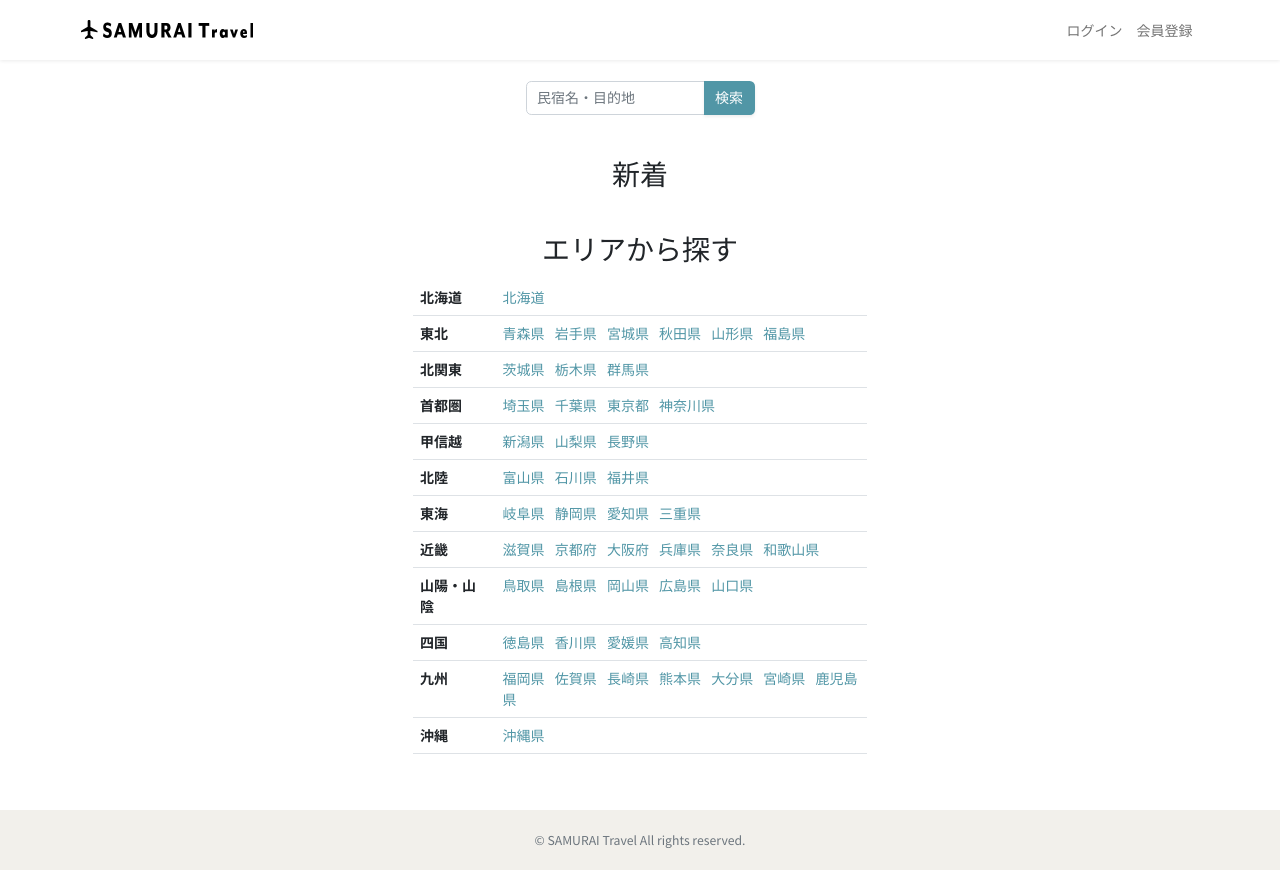
Repository: mitsu-3232/tabelog
Page: http://localhost/index
An editor plug-in stored every save of this project. The page is shown before and after the next save, followed by the edit.
The browser window is 1280 px wide. The pictures show the whole page.
The page is this project's Thymeleaf template; nobody is signed in. The template is opened directly, without the code that normally fills it, so the values that code supplies are empty.

Above is the page before, as saved 2024-03-16 16:37:07.

### tabelog/src/main/resources/templates/index.html
 <!DOCTYPE html>
 <html xmlns:th="https://www.thymeleaf.org" xmlns:sec="http://www.thymeleaf.org/extras/spring-security">

     <head>
         <div th:replace="~{fragment :: meta}"></div>

         <div th:replace="~{fragment :: styles}"></div>

         <title>SAMURAI Travel</title>
     </head>
     <body>
          <div class="tabelog-wrapper">
             <!-- ヘッダー -->
             <div th:replace="~{fragment :: header}"></div>

             <main>
                 <div class="container pt-4 pb-5 tabelog-container">
                     <div th:if="${param.loggedIn}" class="alert alert-info">
                         ログインしました。
                     </div>

                     <div th:if="${param.loggedOut}" class="alert alert-info">
                         ログアウトしました。
                     </div>

                      <div th:if="${successMessage}" class="alert alert-info">
                         <span th:text="${successMessage}"></span>
                      </div>

                    <div class="d-flex justify-content-center">
                         <form method="get" th:action="@{/houses}" class="mb-5 tabelog-search-form">
                             <div class="input-group">
                                 <input type="text" class="form-control" name="keyword" th:value="${keyword}" placeholder="民宿名・目的地">
                                 <button type="submit" class="btn text-white shadow-sm tabelog-btn">検索</button>
                             </div>
                         </form>
                     </div>

                     <h2 class="text-center mb-3">新着</h2>
                     <div class="row row-cols-lg-5 row-cols-2 g-3 mb-5">
                         <div class="col" th:each="newHouse : ${newHouses}">
                             <a th:href="@{/houses/__${newHouse.getId()}__}" class="link-dark tabelog-card-link">
                                 <div class="card h-100">
                                     <img th:if="${newHouse.getImageName()}" th:src="@{/storage/__${newHouse.getImageName()}__}" class="card-img-top tabelog-vertical-card-image" alt="店舗画像">
                                     <img th:unless="${newHouse.getImageName()}" th:src="@{/images/noImage.png}" class="card-img-top tabelog-vertical-card-image" alt="NO IMAGE">
                                     <div class="card-body">
                                         <h3 class="card-title" th:text="${newHouse.getName()}"></h3>
                                         <p class="card-text mb-1">
                                             <small class="text-muted" th:text="${newHouse.getAddress()}"></small>
                                         </p>
                                         <p class="card-text">
                                             <span th:text="${#numbers.formatInteger(newHouse.getPrice(), 1, 'COMMA') + '円 / 泊'}"></span>
                                         </p>
                                     </div>
                                 </div>
                             </a>
                         </div>
                     </div>

                     <div class="row justify-content-center">
                         <div class="col-xl-5 col-lg-6 col-md-8">

                             <h2 class="text-center mb-3">エリアから探す</h2>

                             <table class="table">
                                 <tbody>
                                     <tr>
                                         <th>北海道</th>
                                         <td>
                                             <a th:href="@{/houses?area=北海道}">北海道</a>
                                         </td>
                                     </tr>
                                     <tr>
                                         <th>東北</th>
                                         <td>
                                             <a th:href="@{/houses?area=青森県}" class="me-2">青森県</a>
                                             <a th:href="@{/houses?area=岩手県}" class="me-2">岩手県</a>
                                             <a th:href="@{/houses?area=宮城県}" class="me-2">宮城県</a>
                                             <a th:href="@{/houses?area=秋田県}" class="me-2">秋田県</a>
                                             <a th:href="@{/houses?area=山形県}" class="me-2">山形県</a>
                                             <a th:href="@{/houses?area=福島県}">福島県</a>
                                         </td>
                                     </tr>
                                     <tr>
                                         <th>北関東</th>
                                         <td>
                                             <a th:href="@{/houses?area=茨城県}" class="me-2">茨城県</a>
                                             <a th:href="@{/houses?area=栃木県}" class="me-2">栃木県</a>
                                             <a th:href="@{/houses?area=群馬県}">群馬県</a>
                                         </td>
                                     </tr>
                                     <tr>
                                         <th>首都圏</th>
                                         <td>
                                             <a th:href="@{/houses?area=埼玉県}" class="me-2">埼玉県</a>
                                             <a th:href="@{/houses?area=千葉県}" class="me-2">千葉県</a>
                                             <a th:href="@{/houses?area=東京都}" class="me-2">東京都</a>
                                             <a th:href="@{/houses?area=神奈川県}">神奈川県</a>
                                         </td>
                                     </tr>
                                     <tr>
                                         <th>甲信越</th>
                                         <td>
                                             <a th:href="@{/houses?area=新潟県}" class="me-2">新潟県</a>
                                             <a th:href="@{/houses?area=山梨県}" class="me-2">山梨県</a>
                                             <a th:href="@{/houses?area=長野県}">長野県</a>
                                         </td>
                                     </tr>
                                     <tr>
                                         <th>北陸</th>
                                         <td>
                                             <a th:href="@{/houses?area=富山県}" class="me-2">富山県</a>
                                             <a th:href="@{/houses?area=石川県}" class="me-2">石川県</a>
                                             <a th:href="@{/houses?area=福井県}">福井県</a>
                                         </td>
                                     </tr>
                                     <tr>
                                         <th>東海</th>
                                         <td>
                                             <a th:href="@{/houses?area=岐阜県}" class="me-2">岐阜県</a>
                                             <a th:href="@{/houses?area=静岡県}" class="me-2">静岡県</a>
                                             <a th:href="@{/houses?area=愛知県}" class="me-2">愛知県</a>
                                             <a th:href="@{/houses?area=三重県}">三重県</a>
                                         </td>
                                     </tr>
                                     <tr>
                                         <th>近畿</th>
                                         <td>
                                             <a th:href="@{/houses?area=滋賀県}" class="me-2">滋賀県</a>
                                             <a th:href="@{/houses?area=京都府}" class="me-2">京都府</a>
                                             <a th:href="@{/houses?area=大阪府}" class="me-2">大阪府</a>
                                             <a th:href="@{/houses?area=兵庫県}" class="me-2">兵庫県</a>
                                             <a th:href="@{/houses?area=奈良県}" class="me-2">奈良県</a>
                                             <a th:href="@{/houses?area=和歌山県}">和歌山県</a>
                                         </td>
                                     </tr>
                                     <tr>
                                         <th>山陽・山陰</th>
                                         <td>
                                             <a th:href="@{/houses?area=鳥取県}" class="me-2">鳥取県</a>
                                             <a th:href="@{/houses?area=島根県}" class="me-2">島根県</a>
                                             <a th:href="@{/houses?area=岡山県}" class="me-2">岡山県</a>
                                             <a th:href="@{/houses?area=広島県}" class="me-2">広島県</a>
                                             <a th:href="@{/houses?area=山口県}">山口県</a>
                                         </td>
                                     </tr>
                                     <tr>
                                         <th>四国</th>
                                         <td>
                                             <a th:href="@{/houses?area=徳島県}" class="me-2">徳島県</a>
                                             <a th:href="@{/houses?area=香川県}" class="me-2">香川県</a>
                                             <a th:href="@{/houses?area=愛媛県}" class="me-2">愛媛県</a>
                                             <a th:href="@{/houses?area=高知県}">高知県</a>
                                         </td>
                                     </tr>
                                     <tr>
                                         <th>九州</th>
                                         <td>
                                             <a th:href="@{/houses?area=福岡県}" class="me-2">福岡県</a>
                                             <a th:href="@{/houses?area=佐賀県}" class="me-2">佐賀県</a>
                                             <a th:href="@{/houses?area=長崎県}" class="me-2">長崎県</a>
                                             <a th:href="@{/houses?area=熊本県}" class="me-2">熊本県</a>
                                             <a th:href="@{/houses?area=大分県}" class="me-2">大分県</a>
                                             <a th:href="@{/houses?area=宮崎県}" class="me-2">宮崎県</a>
                                             <a th:href="@{/houses?area=鹿児島県}">鹿児島県</a>
                                         </td>
                                     </tr>
                                     <tr>
                                         <th>沖縄</th>
                                         <td>
                                             <a th:href="@{/houses?area=沖縄県}">沖縄県</a>
                                         </td>
                                     </tr>
                                 </tbody>
                             </table>
                         </div>
                     </div>
                 </div>
             </main>

             <!-- フッター -->
             <div th:replace="~{fragment :: footer}"></div>
         </div>

         <div th:replace="~{fragment :: scripts}"></div>
     </body>
 </html>

### tabelog/src/main/resources/templates/fragment.html
 <!DOCTYPE html>
  <html xmlns:th="https://www.thymeleaf.org" xmlns:sec="http://www.thymeleaf.org/extras/spring-security">

     <head>
         <!-- meta要素の部品化 -->
         <div th:fragment="meta" th:remove="tag">
             <meta charset="UTF-8">
             <meta name="viewport" content="width=device-width, initial-scale=1">
         </div>

         <!-- link要素の部品化 -->
         <div th:fragment="styles" th:remove="tag">
             <!-- Bootstrap -->
             <link href="https://cdn.jsdelivr.net/npm/bootstrap@5.2.3/dist/css/bootstrap.min.css" rel="stylesheet" integrity="sha384-rbsA2VBKQhggwzxH7pPCaAqO46MgnOM80zW1RWuH61DGLwZJEdK2Kadq2F9CUG65" crossorigin="anonymous">

             <!-- Google Fonts -->
             <link rel="preconnect" href="https://fonts.googleapis.com">
             <link rel="preconnect" href="https://fonts.gstatic.com" crossorigin>
             <link href="https://fonts.googleapis.com/css2?family=Noto+Sans+JP:wght@400;500&display=swap" rel="stylesheet">

             <link th:href="@{/css/style.css}" rel="stylesheet" >
         </div>

         <title>部品化用のHTMLファイル</title>
     </head>
     <body>
         <!-- ヘッダーの部品化 -->
         <div th:fragment="header" th:remove="tag">
             <nav class="navbar navbar-expand-md navbar-light bg-white shadow-sm tabelog-navbar">
                 <div class="container tabelog-container">
                     <a class="navbar-brand" th:href="@{/}">
                         <img class="tabelog-logo me-1" th:src="@{/images/logo.png}" alt="SAMURAI Travel">
                     </a>

                      <button class="navbar-toggler" type="button" data-bs-toggle="collapse" data-bs-target="#navbarSupportedContent" aria-controls="navbarSupportedContent" aria-expanded="false" aria-label="Toggle navigation">
                         <span class="navbar-toggler-icon"></span>
                      </button>

                      <div class="collapse navbar-collapse" id="navbarSupportedContent">
                         <ul class="navbar-nav ms-auto">
                             <!-- 未ログインであれば表示する -->
                             <li class="nav-item" sec:authorize="isAnonymous()">
                                 <a class="nav-link" th:href="@{/login}">ログイン</a>
                             </li>
                              <li class="nav-item" sec:authorize="isAnonymous()">
                                 <a class="nav-link" th:href="@{/signup}">会員登録</a>
                              </li>

                             <!-- ログイン済みであれば表示する -->
                             <li class="nav-item dropdown" sec:authorize="hasRole('ROLE_GENERAL')">
                                 <a id="navbarDropdownGeneral" class="nav-link dropdown-toggle" href="#" role="button" data-bs-toggle="dropdown" aria-haspopup="true" aria-expanded="false" v-pre>
                                     <span sec:authentication="principal.user.name"></span>
                                 </a>
                                 <div class="dropdown-menu dropdown-menu-end" aria-labelledby="navbarDropdownGeneral">
                                     <a class="dropdown-item tabelog-dropdown-item" th:href="@{/user}">会員情報</a>

                                     <div class="dropdown-divider"></div>


                                     <a class="dropdown-item tabelog-dropdown-item" th:href="@{/logout}" onclick="event.preventDefault(); document.getElementById('logout-form').submit();">
                                         ログアウト
                                     </a>
                                     <form class="d-none" id="logout-form" th:action="@{/logout}" method="post"></form>
                                 </div>
                             </li>

                             <!-- 管理者であれば表示する -->
                             <li class="nav-item dropdown" sec:authorize="hasRole('ROLE_ADMIN')">
                                 <a id="navbarDropdownAdmin" class="nav-link dropdown-toggle" href="#" role="button" data-bs-toggle="dropdown" aria-haspopup="true" aria-expanded="false" v-pre>
                                     管理者メニュー
                                 </a>

                                 <div class="dropdown-menu dropdown-menu-end" aria-labelledby="navbarDropdownAdmin">
									 <a class="dropdown-item tabelog-dropdown-item" th:href="@{/admin/users}">会員一覧</a>
                                     <a class="dropdown-item tabelog-dropdown-item" th:href="@{/admin/houses}">民宿一覧</a>

                                     <div class="dropdown-divider"></div>

                                     <a class="dropdown-item tabelog-dropdown-item" th:href="@{/logout}" onclick="event.preventDefault(); document.getElementById('logout-form').submit();">
                                         ログアウト
                                     </a>
                                     <form class="d-none" id="logout-form" th:action="@{/logout}" method="post"></form>
                               </div>
                           </li>
                      </ul>
                 </div>
             </nav>
         </div>


         <!-- フッターの部品化 -->
         <div th:fragment="footer" th:remove="tag">
             <footer>
                 <div class="d-flex justify-content-center align-items-center h-100">
                     <p class="text-center text-muted small mb-0">&copy; SAMURAI Travel All rights reserved.</p>
                 </div>
             </footer>
         </div>

         <!-- script要素の部品化 -->
         <div th:fragment="scripts" th:remove="tag">
             <!-- Bootstrap -->
             <script src="https://cdn.jsdelivr.net/npm/bootstrap@5.2.3/dist/js/bootstrap.bundle.min.js" integrity="sha384-kenU1KFdBIe4zVF0s0G1M5b4hcpxyD9F7jL+jjXkk+Q2h455rYXK/7HAuoJl+0I4" crossorigin="anonymous"></script>
         </div>
     </body>
 </html>

### tabelog/src/main/resources/static/css/style.css
 html {
   font-size: 14px;
 }

 body {
   font-family: 'Noto Sans JP', sans-serif;
 }

 h1 {
   font-size: 1.5rem;
 }

 h3 {
   font-size: 1.25rem;
 }

 a {
   color: #5196a6;
   text-decoration: none !important;
 }

 a:hover {
     color: #407784;
 }

 footer {
   width: 100%;
   height: 60px;
   position: absolute;
   bottom: 0;
   background-color: #f2f0eb;
 }

 .tabelog-wrapper {
   min-height: 100vh;
   position: relative;
   padding-bottom: 60px;
   box-sizing: border-box;
 }

 .tabelog-navbar {
   min-height: 60px;
 }

 .tabelog-logo {
   height: 30px;
 }

 .tabelog-btn {
   background-color: #5196a6 !important;
   transition: 0.1s;
 }

 .tabelog-btn:hover {
   opacity: 0.8;
 }

 .tabelog-page-link {
   color: #5196a6;
 }

 .tabelog-page-link:hover {
   color: #407784;
 }

 .tabelog-active {
   background-color: #5196a6 !important;
   border-color: #5196a6 !important;
 }

  .tabelog-pre-wrap {
   /* 改行文字で行を折り返す */
   white-space: pre-wrap;
 }

  .tabelog-link-danger {
     color: #f2594b;
 }

 .tabelog-link-danger:hover {
     color: #a63c3c;
 }

 .tabelog-btn-danger {
     background-color: #f2594b !important;
     transition: 0.1s;
 }

 .tabelog-btn-danger:hover {
   opacity: 0.8;
 }

 .tabelog-dropdown-item:active {
   background-color: #5196a6;
 }

.tabelog-card-link {
   transition: 0.3s;
 }

 .tabelog-card-link:hover {
   opacity: 0.7;
 }

 .tabelog-horizontal-card-image {
   width: 100%;
   height: 240px;
   object-fit: cover;
 }

  .tabelog-sort-box {
   width: 150px;
 }

 @media screen and (min-width: 1400px) {
   .tabelog-container {
     max-width: 1200px;
   }
 }

After the next save:
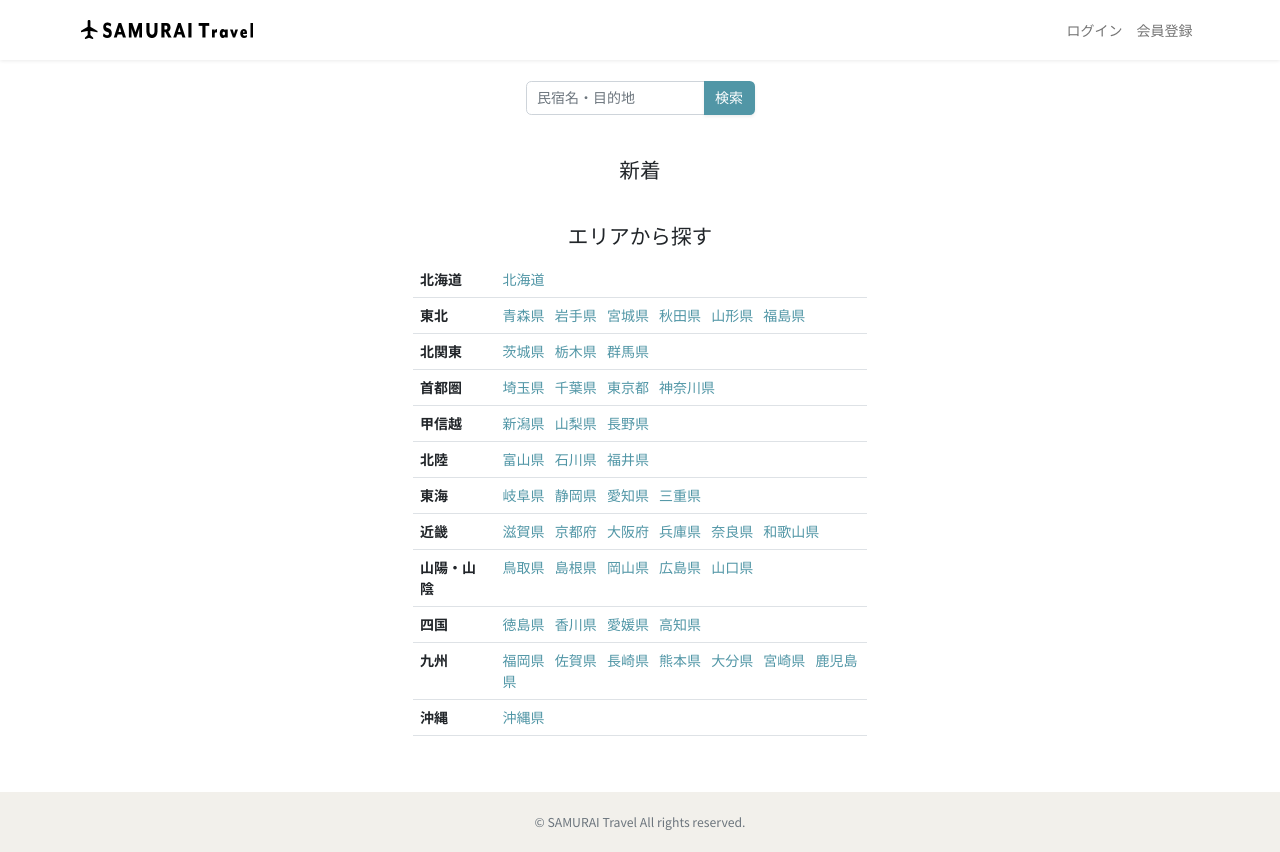
Saved 89 s later.
--- a/tabelog/src/main/resources/static/css/style.css
+++ b/tabelog/src/main/resources/static/css/style.css
@@ -8,6 +8,11 @@
 
  h1 {
    font-size: 1.5rem;
+ }
+
+
+ h2 {
+   font-size: 1.475rem;
  }
 
  h3 {
@@ -108,9 +113,20 @@
    object-fit: cover;
  }
 
-  .tabelog-sort-box {
+ .tabelog-sort-box {
    width: 150px;
  }
+
+ .tabelog-vertical-card-image {
+   width: 100%;
+   height: 150px;
+   object-fit: cover;
+ }
+
+ .tabelog-search-form {
+     max-width: 300px;
+ }
+
 
  @media screen and (min-width: 1400px) {
    .tabelog-container {
